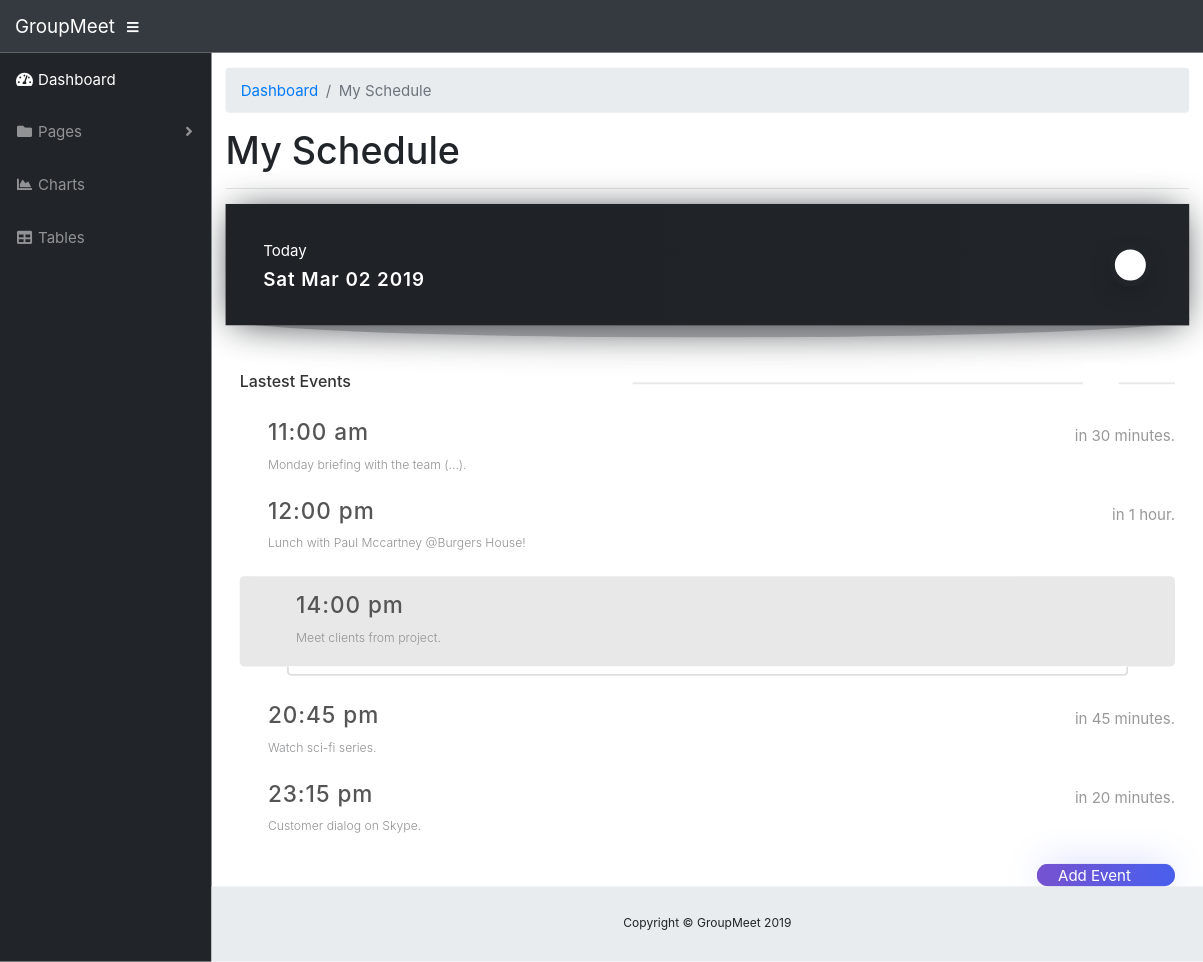
Repository: Map2g/GroupMeet
Page: messing_around.html
The author's editor kept a record of every edit. The page is drawn from the files as they stood at one moment, then again after the next edit.
The browser window is 1280 px wide. The pictures show the whole page, at 94% of full size.

Above is the page before.

After the next edit:
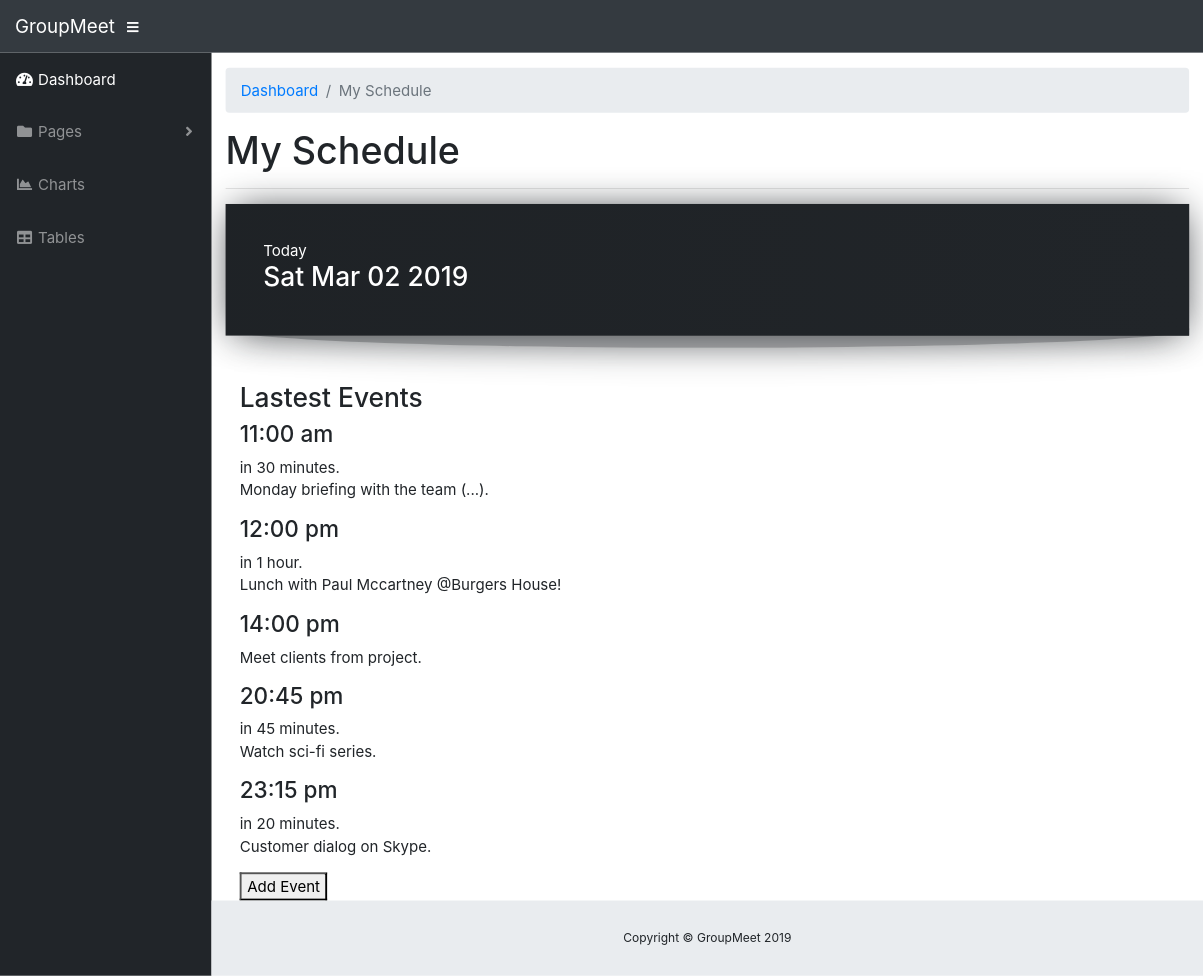
The edit:
--- a/calendar.css
+++ b/calendar.css
@@ -150,7 +150,7 @@
       border-radius: 50%;
       box-shadow: 0px 0px 40px 0 #212529;
    }
-   .breadcrumb {
+   /*.breadcrumb {
       font-weight: 300;
       position: relative;
       &::after {

After the edit that followed:
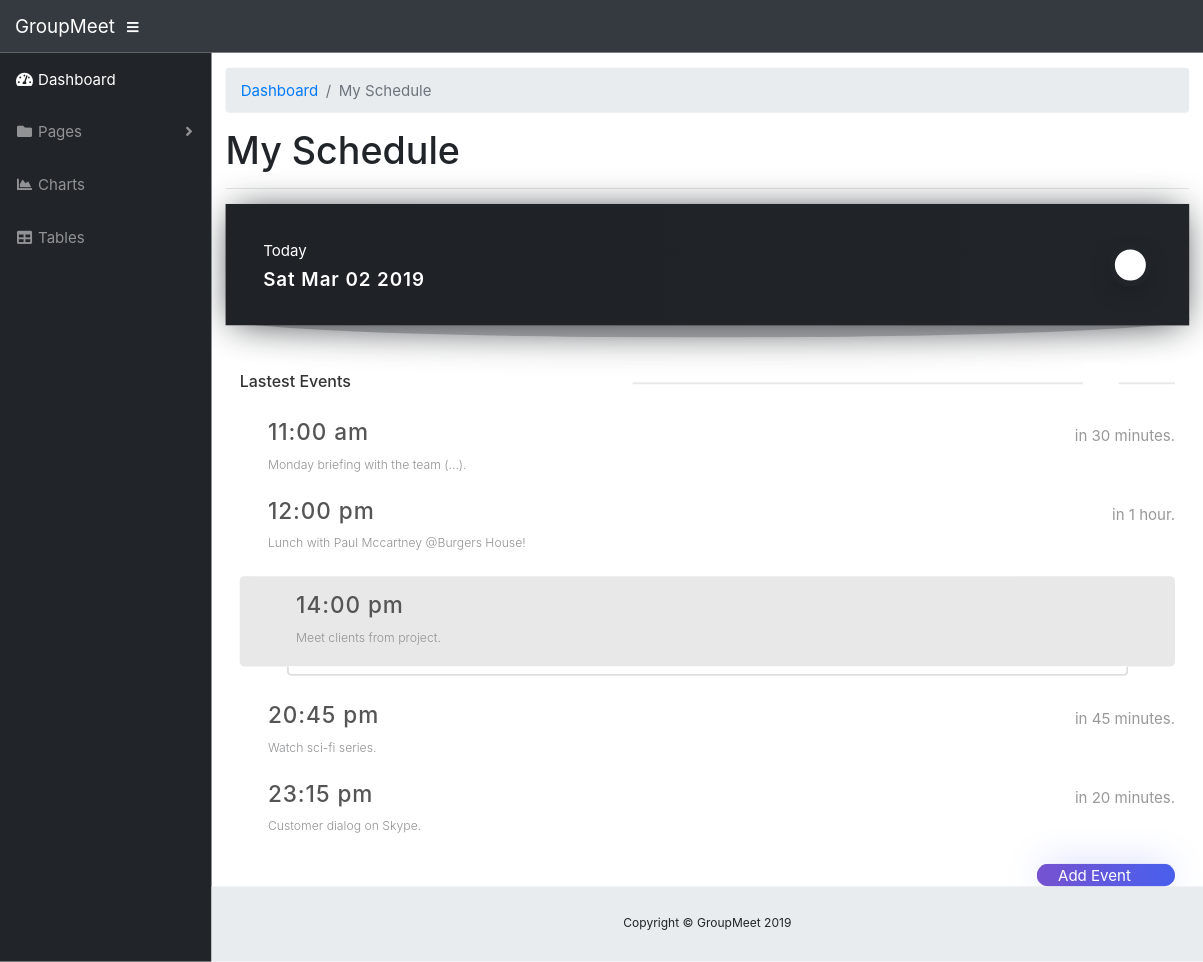
The edit:
--- a/calendar.css
+++ b/calendar.css
@@ -166,7 +166,8 @@
          left: 45px;
          top: 3px;
       }
-   }
+   }*/
+
    .date-title {
       font-size: 20px;
       margin: 7px 0 0 0;
